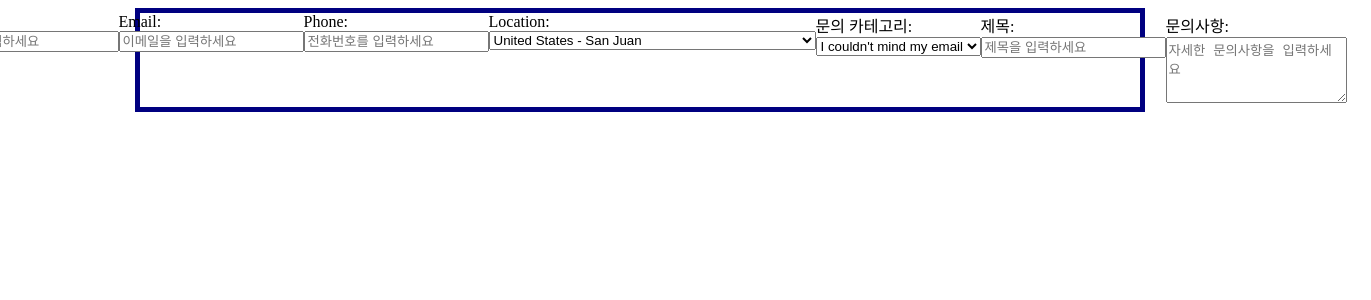
Repository: leeboseok/proposal-board
Page: http://localhost/ProposalSys/admincontact.jsp
These files come from the project's save history. The page is drawn as it stood at one moment and after the next save; the edit follows.
The browser window is 1280 px wide. The page is 1347 px wide, then 1371 px, so the pictures cover 1371 px, including what lies to the right of the window. The pictures show the whole page.
The page is served by Tomcat 9. Other server files are loaded and not shown.

Above is the page before, as saved 2024-07-27 06:37:15.

### ProposalSys/src/main/webapp/admincontact.jsp
<%@ page language="java" contentType="text/html; charset=UTF-8"
    pageEncoding="UTF-8"%>
<!DOCTYPE html>
<html>
	<head>
		<meta charset="UTF-8">
		<title>관리자 컨택</title>
		<style>
			#wrap{
				margin: 0 auto;
				width: 1000px;
				border: 5px solid navy;
			}
			.form {width: 100%; display: flex; justify-content:center; }
		</style>
	</head>
	<body>
		<div id="wrap">
			<form class="form" method="get" action="admincontactprogress">
				<div>
					<span>Name:</span>
					<input type="text" name="name" placeholder="이름을 입력하세요" required>
				</div>
				<div>
					<span>Email:</span>
					<input type="email" name="email" placeholder="이메일을 입력하세요" required>
				</div>
				<div>
					<span>Phone:</span>
					<input type="text" name="phone" placeholder="전화번호를 입력하세요">
				</div>
				<div>
					<span>Location:</span>
					<select name="location">
                        <option value="United States - San Juan">United States - San Juan</option>
                        <option value="United States - California-Walnut Creek">United States - California-Walnut Creek</option>
                        <option value="United States - California-Woodlang Hills">United States - California-Woodlang Hills</option>
                        <option value="United States - Colorado-Denver">United States - Colorado-Denver</option>
                        <option value="United States - Connecticut-Burlington">United States - Connecticut-Burlington</option>
                        <option value="United States - Connecticut-Coventry">United States - Connecticut-Coventry</option>
                        <option value="United States - Connecticut-Newington">United States - Connecticut-Newington</option>
                        <option value="United States - Connecticut-Norwalk">United States - Connecticut-Norwalk</option>
                        <option value="United States - Georgia-Alpharetta">United States - Georgia-Alpharetta</option>
                        <option value="United States - Georgia-Rome">United States - Georgia-Rome</option>
                        <option value="United States - Illinois-Park Ridge">United States - Illinois-Park Ridge</option>
                        <option value="United States - Illinois-Peoria">United States - Illinois-Peoria</option>
                        <option value="United States - Indiana-Indianapolis">United States - Indiana-Indianapolis</option>
                        <option value="United States - Indiana-Merrillville">United States - Indiana-Merrillville</option>
                        <option value="United States - Indiana-South Bend">United States - Indiana-South Bend</option>
                        <option value="United States - lowa-Cedar Rapids">United States - lowa-Cedar Rapids</option>
                        <option value="United States - lowa-Davenport">United States - lowa-Davenport</option>
                        <option value="United States - lowa-Des Moines">United States - lowa-Des Moines</option>
                        <option value="United States - lowa-Sioux City">United States - lowa-Sioux City</option>
                        <option value="United states - Kansas-Topeka">United states - Kansas-Topeka</option>
                        <option value="United States - Kansas-Wichita">United States - Kansas-Wichita</option>
                        <option value="United States - Kentucky-Louisville">United States - Kentucky-Louisville</option>
                        <option value="United States - Maryland-Frederick">United States - Maryland-Frederick</option>
                        <option value="United States - Maryland-Gaithersburg">United States - Maryland-Gaithersburg</option>
                        <option value="United States - Massachusetts-Boston">United States - Massachusetts-Boston</option>
                        <option value="United States - Massachusetts-Norwood">United States - Massachusetts-Norwood</option>
                        <option value="United States - Massachusetts-Wakefield">United States - Massachusetts-Wakefield</option>
                        <option value="United States - Massachusetts-Waltham">United States - Massachusetts-Waltham</option>
                        <option value="United States - Michigan-Detroit">United States - Michigan-Detroit</option>
                        <option value="United States - Michigan-Grand Rapids">United States - Michigan-Grand Rapids</option>
                        <option value="United States - Michigan-Lansing">United States - Michigan-Lansing</option>
                        <option value="United States - Minnesota-Plymouth">United States - Minnesota-Plymouth</option>
                        <option value="United States - Missouri-Creve Coeur">United States - Missouri-Creve Coeur</option>
                        <option value="United States - Missouri-Kansas City">United States - Missouri-Kansas City</option>
                        <option value="United States - Missouri-St.Louis">United States - Missouri-St.Louis</option>
                        <option value="United States - Nebraska-Omaha">United States - Nebraska-Omaha</option>
                        <option value="United States - New Hampshire-Portsmouth">United States - New Hampshire-Portsmouth</option>
                        <option value="United States - New Jersey-Parsippany">United States - New Jersey-Parsippany</option>
                        <option value="United States - New York-Albany">United States - New York-Albany</option>
                        <option value="United States - New York-Rochester">United States - New York-Rochester</option>
                        <option value="United States - Ohio-Cincinnati">United States - Ohio-Cincinnati</option>
                        <option value="United States - Ohio-Cleveland">United States - Ohio-Cleveland</option>
                        <option value="United States - Ohio-North Olmsted">United States - Ohio-North Olmsted</option>
                        <option value="United States - Ohio-Toledo">United States - Ohio-Toledo</option>
                        <option value="United States - Oregon-Portland">United States - Oregon-Portland</option>
                        <option value="United States - Pennsylvania-Harrisburg">United States - Pennsylvania-Harrisburg</option>
                        <option value="United States - Pennsylvania-Malvern">United States - Pennsylvania-Malvern</option>
                        <option value="United States - Pennsylvania-York">United States - Pennsylvania-York</option>
                        <option value="United States - Rhode Island-Providence">United States - Rhode Island-Providence</option>
                        <option value="United States - Rhode Island-West Glocester">United States - Rhode Island-West Glocester</option>
                        <option value="United States - South Dakota-Sioux Falls">United States - South Dakota-Sioux Falls</option>
                        <option value="United States - Texas-Frisco">United States - Texas-Frisco</option>
                        <option value="United States - Houston">United States - Houston</option>
                        <option value="United States - Virginia-Reston">United States - Virginia-Reston</option>
                        <option value="United States - Virginia-Roanoke">United States - Virginia-Roanoke</option>
                        <option value="United States - Washington-Bellevue">United States - Washington-Bellevue</option>
                        <option value="United States - Wisconsin-Green Bay">United States - Wisconsin-Green Bay</option>
                        <option value="United States - Wisconsin-Madison">United States - Wisconsin-Madison</option>
                        <option value="United States - Wisconsin-Milwaukee">United States - Wisconsin-Milwaukee</option>
                        <option value="Argentina">Argentina</option>
                        <option value="Australia-New South Wales-Sydney">Australia-New South Wales-Sydney</option>
                        <option value="Australia-Queensland-Brisbane">Australia-Queensland-Brisbane</option>
                        <option value="Australia-Victoria-Melbourne">Australia-Victoria-Melbourne</option>
                        <option value="Austria">Austria</option>
                        <option value="Belgium-Brussels">Belgium-Brussels</option>
                        <option value="Belgium-Debroux">Belgium-Debroux</option>
                        <option value="Belgium-Brussels-Capital Region-Brussels">Belgium-Brussels-Capital Region-Brussels</option>
                        <option value="Brazil-Sao Paulo-Sao Paulo">Brazil-Sao Paulo-Sao Paulo</option>
                        <option value="Brazil-Sao Paulo-Vila Olimpia">Brazil-Sao Paulo-Vila Olimpia</option>
                        <option value="Canada-Alberta">Canada-Alberta</option>
                        <option value="Canada-British Columbia-Vancouver">Canada-British Columbia-Vancouver</option>
                        <option value="Canada-Manitoba-Winnipeg">Canada-Manitoba-Winnipeg</option>
                        <option value="Canada-Nova Scotia-Halifax">Canada-Nova Scotia-Halifax</option>
                        <option value="Canada-Ontario-Thornhill">Canada-Ontario-Thornhill</option>
                        <option value="Canada-Ontario-Vaughan">Canada-Ontario-Vaughan</option>
                        <option value="Canada-Quebec-Montreal">Canada-Quebec-Montreal</option>
                        <option value="Chile">Chile</option>
                        <option value="Chile-Region Metropolitana de Santiago">Chile-Region Metropolitana de Santiago</option>
                        <option value="China-Beijing">China-Beijing</option>
                        <option value="China-Shanghai">China-Shanghai</option>
                        <option Value="Colombia-Bogota">Colombia-Bogota</option>
                        <option value="Colombia">Colombia</option>
                        <option value="Czech Republic">Czech Republic</option>
                        <option value="Denmark">Denmark</option>
                        <option value="Egypt">Egypt</option>
                        <option value="Finland">Finland</option>
                        <option value="France-Metz-Tessy">France-Metz-Tessy</option>
                        <option value="France-Paris La Defense Cedex">France-Paris La Defense Cedex</option>
                        <option value="France-Paris">France-Paris</option>
                        <option value="France-Haute-Savoie-Mety-Tessy">France-Haute-Savoie-Mety-Tessy</option>
                        <option value="Germany-Frankfurt">Germany-Frankfurt</option>
                        <option value="Hong Kong-Mongkok">Hong Kong-Mongkok</option>
                        <option value="Hungary">Hungary</option>
                        <option value="India-Karnataka-Bangalulu">India-Karnataka-Bangalulu</option>
                        <option value="Ireland">Ireland</option>
                        <option value="Ireland-Dublin">Ireland-Dublin</option>
                        <option value="Italy-Milano">Italy-Milano</option>
                        <option value="Japan-Kanagawa-Yokohama">Japan-Kanagawa-Yokohama</option>
                        <option value="South Korea-Seoul">South Korea-Seoul</option>
                        <option value="Luxembourg">Luxembourg</option>
                        <option value="Malaysia-Kuala Kumpur">Malaysia-Kuala Kumpur</option>
                        <option value="Mexico-Nuevo Leon-Monterrey">Mexico-Nuevo Leon-Monterrey</option>
                        <option value="Mexico-Nuevo Leon-San Pedro">Mexico-Nuevo Leon-San Pedro</option>
                        <option value="Mexico-Nuevo Leon-San Pedro Garza Garcia">Mexico-Nuevo Leon-San Pedro Garza Garcia</option>
                        <option value="Netherlands-Amsterdam">Netherlands-Amsterdam</option>
                        <option value="New Zealand">New Zealand</option>
                        <option value="Philippines-Quezon City,Metro Manilla">Philippines-Quezon City,Metro Manilla</option>
                        <option value="Poland">Poland</option>
                        <option value="Portugal">Portugal</option>
                        <option value="Romania">Romania</option>
                        <option value="Russia-Moscow">Russia-Moscow</option>
                        <option value="Singapore">Singapore</option>
                        <option value="Slovakia">Slovakia</option>
                        <option value="South Africa-Johannesburg">South Africa-Johannesburg</option>
                        <option value="Spain-Madrid">Spain-Madrid</option>
                        <option value="Sweden-Stockholm">Sweden-Stockholm</option>
                        <option value="Switzerland-Bern">Switzerland-Bern</option>
                        <option value="Switzerland">Switzerland</option>
                        <option value="Thailand">Thailand</option>
                        <option value="Turkey-Atasehir">Turkey-Atasehir</option>
                        <option value="United Arab Emirates-Abu Dhabi">United Arab Emirates-Abu Dhabi</option>
                        <option value="United Kingdom-London">United Kingdom-London</option>
                        <option value="United Kingdom-Maidenhead">United Kingdom-Maidenhead</option>
                        <option value="United Kingdom-Manchester">United Kingdom-Manchester</option>
                        <option value="United Kingdom-Windsor and maidenhead-Windsor">United Kingdom-Windsor and maidenhead-Windsor</option>
                        <option value="Vietnam">Vietnam</option>
                    </select>
				</div>
				<div>
	                <span>문의 카테고리:</span>
	                <select name="category" required>
	                    <option value="I couldn't mind my email">I couldn't mind my email</option>
	                    <option value="I forgot my password">I forgot my password</option>
	                    <option value="other">Other</option>
	                </select>
           		</div>
				<div>
					<span>제목:</span>
					<input type="text" name="title" placeholder="제목을 입력하세요">
				</div>
				<div>
					<span>문의사항:</span>
					<textarea name="refer" placeholder="자세한 문의사항을 입력하세요" rows="4"></textarea>
				</div>
			</form>
		</div>
	</body>
</html>

After the next save:
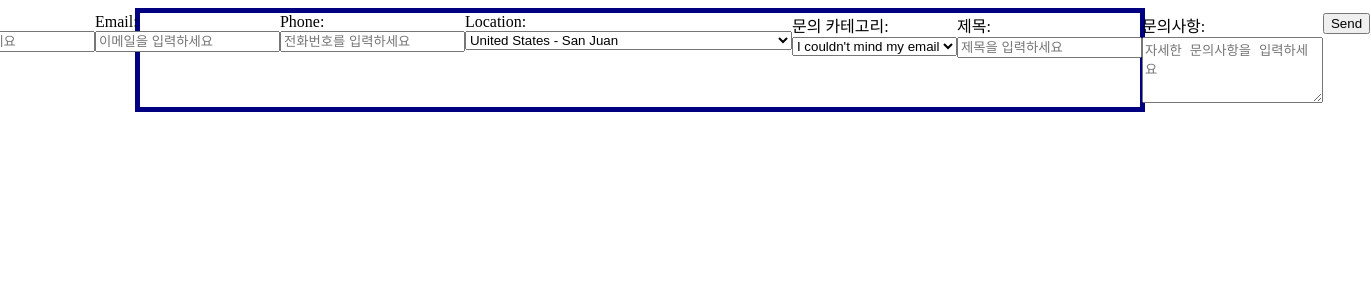
Saved 28 s later.
--- a/ProposalSys/src/main/webapp/admincontact.jsp
+++ b/ProposalSys/src/main/webapp/admincontact.jsp
@@ -176,6 +176,9 @@
 					<span>문의사항:</span>
 					<textarea name="refer" placeholder="자세한 문의사항을 입력하세요" rows="4"></textarea>
 				</div>
+				<div>
+					<input type="submit" value="Send">
+				</div>
 			</form>
 		</div>
 	</body>
